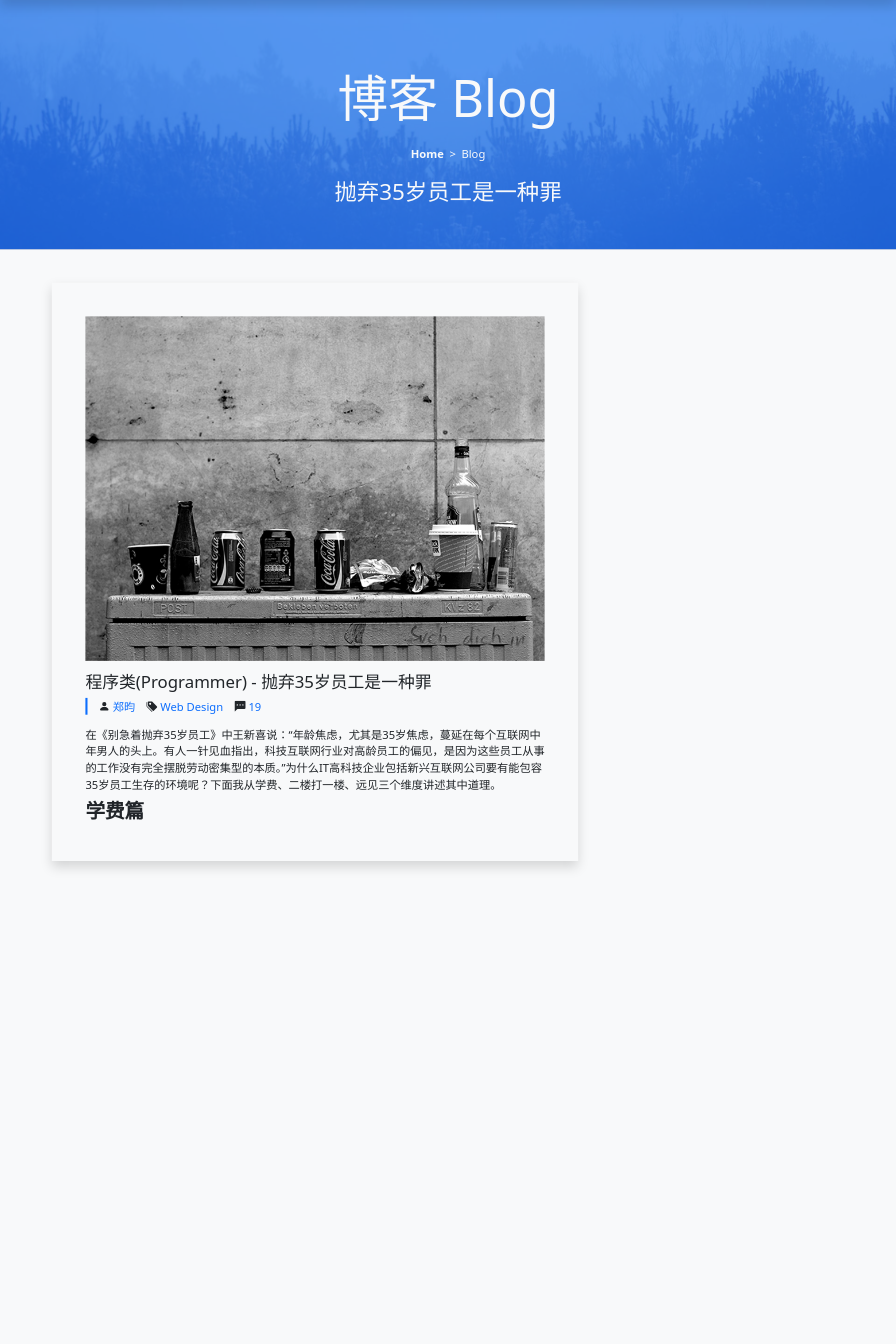
Repository: herjuandlonely/github.io
Page: index-blog.html
These files come from the project's save history. The page is drawn as it stood at one moment and after the next save; the edit follows.
The browser window is 1280 px wide. The pictures show the part of the page from y = 0 to 1920 px (the page is 3000 px tall), at 70% of full size.
Backgrounds fixed to the window are drawn as part of the page.

Above is the page before, as saved 2022-06-30 19:50:43.

### index-blog.html
<!DOCTYPE html>
<html lang="en">
<head>
    <meta charset="UTF-8">
    <meta http-equiv="X-UA-Compatible" content="IE=edge">
    <meta name="viewport" content="width=device-width, initial-scale=1.0">
    <link rel="stylesheet" href="./bootstrap-4.6.1-dist/css/bootstrap.min.css">
    <link rel="stylesheet" href="./CSS/index-blog.css">
    <link rel="stylesheet" href="./CSS/normalize.css">
    <link rel="stylesheet" href="./icon/font_3484823_t6q6q64gri/iconfont.css">
    <script src="./bootstrap-4.6.1-dist/js/bootstrap.bundle.min.js"></script>
    <title>何亚Herju- Blog -抛弃35岁员工是一种罪</title>
</head>
<body style="height: 3000px;" class=" bg-light">
    <!-- nav start -->
    <div class="container-fluid px-0 shadow navbarControl">
        <nav class="navbar navbar-expand-md navbar-dark navbarBg">
            <div class="container-fluid px-4">
                <a href="index.html" class="navbar-brand ms-4">Herju's Home</a>
                <button class="navbar-toggler" data-bs-toggle="collapse" data-bs-target="#foldBtn">
                    <span class="navbar-toggler-icon"></span>
                </button>
                <div class="collapse navbar-collapse" id="foldBtn">
                    <ul class="navbar-nav ms-auto me-4 navbarCli">
                        <li class="nav-item text-center">
                            <a class="nav-link fw-lighter" href="index.html#bk">博客 Blog</a>
                        </li>
                        <li class="nav-item text-center">
                            <a class="nav-link fw-lighter" href="index.html#jn">技能 Skill</a>
                        </li>
                        <li class="nav-item text-center">
                            <a class="nav-link fw-lighter" href="index.html#ab">关于 About</a>
                        </li>
                        <li class="nav-item text-center">
                            <a class="nav-link fw-lighter" href="index.html#lx">联系我 Call</a>
                        </li>
                    </ul>
                </div>
            </div>
        </nav>
    </div>
    <!-- nav end -->

    <!-- baneer start -->
    <div class="banner position-relative">
        <div class=" position-absolute w-100 h-100 bg-primary" style="opacity: .7;"></div>
        <div class=" position-absolute w-100 h-100 py-5" style="z-index: 3;">
            <h1 class=" text-light text-center display-2 mb-0">博客 Blog</h1>
            <nav class=" text-light mbShit mt-5 mt-md-4" >
                <ol class="breadcrumb d-flex justify-content-center">
                    <li class="breadcrumb-item">
                        <a href="index.html" class="text-light text-decoration-none fw-bold">Home</a>
                    </li>
                    <li class="breadcrumb-item">Blog</li>
                </ol>
            </nav>
            <h1 class="text-center text-light mt-5 mt-md-4">抛弃35岁员工是一种罪</h1>
        </div>
    </div>
    <!-- baneer start -->

    <!-- content start -->
    <div class="container">
        <div class="row py-5">
            <div class="col-lg-8 col-12 px-1">
                <div class="shadow bg-light p-5">
                    <img src="./image/piqsels.com-id-fggmp.png" class="img-fluid">
                    <h4 class=" mt-3">
                        程序类(Programmer) - 抛弃35岁员工是一种罪
                    </h4>
                    <ul class='border-start border-3 border-primary list-unstyled d-flex'>
                        <li class=" ms-3">
                            <a href="#" class=" text-decoration-none d-flex align-items-center">
                                <svg xmlns="http://www.w3.org/2000/svg" width="16" height="16" fill="currentColor" class="bi bi-person-fill text-dark me-1" viewBox="0 0 16 16">
                                    <path d="M3 14s-1 0-1-1 1-4 6-4 6 3 6 4-1 1-1 1H3zm5-6a3 3 0 1 0 0-6 3 3 0 0 0 0 6z"/>
                                  </svg>
                                郑昀
                            </a>
                        </li>
                        <li class=" ms-3">
                            <a href="#" class=" text-decoration-none d-flex align-items-center">
                                <svg xmlns="http://www.w3.org/2000/svg" width="16" height="16" fill="currentColor" class="bi bi-tags-fill text-dark me-1" viewBox="0 0 16 16">
                                    <path d="M2 2a1 1 0 0 1 1-1h4.586a1 1 0 0 1 .707.293l7 7a1 1 0 0 1 0 1.414l-4.586 4.586a1 1 0 0 1-1.414 0l-7-7A1 1 0 0 1 2 6.586V2zm3.5 4a1.5 1.5 0 1 0 0-3 1.5 1.5 0 0 0 0 3z"/>
                                    <path d="M1.293 7.793A1 1 0 0 1 1 7.086V2a1 1 0 0 0-1 1v4.586a1 1 0 0 0 .293.707l7 7a1 1 0 0 0 1.414 0l.043-.043-7.457-7.457z"/>
                                  </svg>
                                Web Design
                            </a>
                        </li>
                        <li class=" ms-3">
                            <a href="#" class=" text-decoration-none d-flex align-items-center">
                                <svg xmlns="http://www.w3.org/2000/svg" width="16" height="16" fill="currentColor" class="bi bi-chat-left-dots-fill text-dark me-1" viewBox="0 0 16 16">
                                    <path d="M0 2a2 2 0 0 1 2-2h12a2 2 0 0 1 2 2v8a2 2 0 0 1-2 2H4.414a1 1 0 0 0-.707.293L.854 15.146A.5.5 0 0 1 0 14.793V2zm5 4a1 1 0 1 0-2 0 1 1 0 0 0 2 0zm4 0a1 1 0 1 0-2 0 1 1 0 0 0 2 0zm3 1a1 1 0 1 0 0-2 1 1 0 0 0 0 2z"/>
                                  </svg>
                                19
                            </a>
                        </li>
                    </ul>
                    <p class="mb-2">在《别急着抛弃35岁员工》中王新喜说：“年龄焦虑，尤其是35岁焦虑，蔓延在每个互联网中年男人的头上。有人一针见血指出，科技互联网行业对高龄员工的偏见，是因为这些员工从事的工作没有完全摆脱劳动密集型的本质。”为什么IT高科技企业包括新兴互联网公司要有能包容35岁员工生存的环境呢？下面我从学费、二楼打一楼、远见三个维度讲述其中道理。</p>
                    <h3 class=" fw-bold">学费篇</h3>
                </div>
            </div>
            <div class="col-lg-4"></div>
        </div>
    </div>
    <!-- content end -->

    <script src="./JS/index-blog.js"></script>
</body>
</html>

### CSS/index-blog.css
.navbarControl{
    transition: .3s;
    position: fixed;
    top: 0;
    left: 0;
    z-index: 999;
}
.navbarControl.showAndHide{
    top: -56px;
}
.navbarControl a{
    cursor: pointer;
}
.navbarBg{
    background-color: #161d27;
}
.banner{
    background: url(../image/overlay-bg.jpg) no-repeat center -180px;
    height: 356px;
    background-attachment: fixed;
    background-size: cover;
}
.mbShit{
    --bs-breadcrumb-divider: '>';
}
.mbShit ol .breadcrumb-item::before{
    color: #f8f9fa !important;
}

### icon/font_3484823_t6q6q64gri/iconfont.css
@font-face {
  font-family: "iconfont"; /* Project id 3484823 */
  src: url('iconfont.woff2?t=1656149880118') format('woff2'),
       url('iconfont.woff?t=1656149880118') format('woff'),
       url('iconfont.ttf?t=1656149880118') format('truetype');
}

.iconfont {
  font-family: "iconfont" !important;
  font-size: 16px;
  font-style: normal;
  -webkit-font-smoothing: antialiased;
  -moz-osx-font-smoothing: grayscale;
}

.icon-QQ:before {
  content: "\e882";
}

.icon-weixin:before {
  content: "\e8bb";
}

### JS/index-blog.js
(function(){
    const myBlog = {
        $: (ele) => {
            return document.querySelectorAll(ele);
        },
        "isHide": function () {
            let oldScrollTop = 0;
            let isHide = this.$('.navbarControl')[0];
            const navbarCli = this.$('.navbarCli')[0].children;

            function scrollHide () {
                let scrollTop = window.pageYOffset || this.document.documentElement.scrollTop || this.document.body.scrollTop;
                let scrollSet = scrollTop - oldScrollTop;
                oldScrollTop = scrollTop;
                if (scrollSet < 0) {
                    isHide.classList.remove('showAndHide');
                } else {
                    isHide.classList.add('showAndHide');
                    foldBtn.classList.remove('show');
                }
            }

            window.addEventListener("scroll", scrollHide);

            for (let i = 0; i < navbarCli.length; i++) {
                navbarCli[i].onclick = function () {
                    window.removeEventListener("scroll", scrollHide);
                    isHide.classList.add('showAndHide');
                    foldBtn.classList.remove('show');
                    setTimeout(() => {
                        window.addEventListener("scroll", scrollHide);
                    }, 800)
                };
                navbarCli[i].ontouchend = function () {
                    window.removeEventListener("scroll", scrollHide);
                    isHide.classList.add('showAndHide');
                    foldBtn.classList.remove('show');
                    setTimeout(() => {
                        window.addEventListener("scroll", scrollHide);
                    }, 800)
                };
            };

        }
    }

    myBlog.isHide();
})()

Loaded but not shown: bootstrap-4.6.1-dist/css/bootstrap.min.css (library); CSS/normalize.css (library); bootstrap-4.6.1-dist/js/bootstrap.bundle.min.js (library)

After the next save:
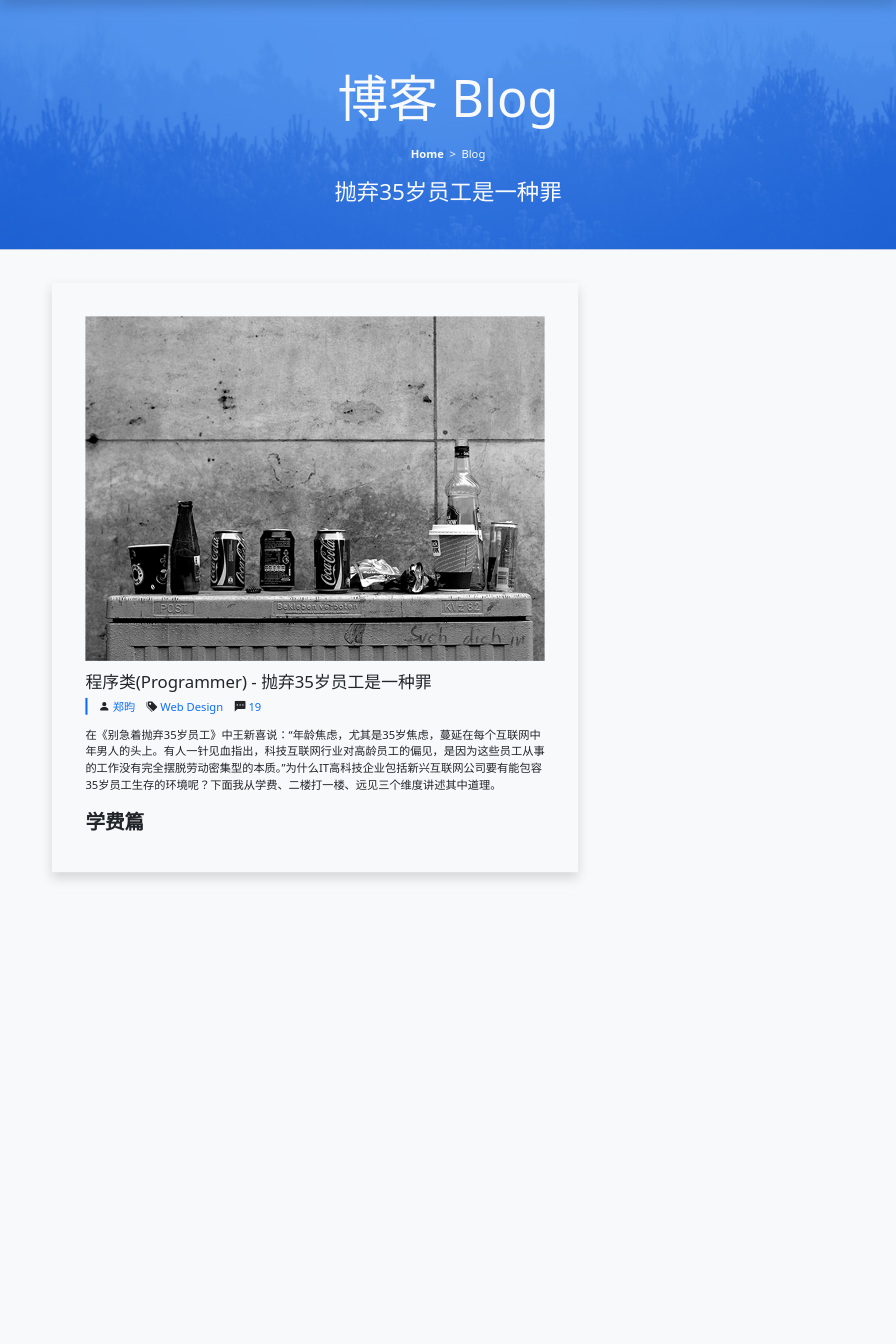
Saved 7 s later.
--- a/index-blog.html
+++ b/index-blog.html
@@ -96,7 +96,7 @@
                         </li>
                     </ul>
                     <p class="mb-2">在《别急着抛弃35岁员工》中王新喜说：“年龄焦虑，尤其是35岁焦虑，蔓延在每个互联网中年男人的头上。有人一针见血指出，科技互联网行业对高龄员工的偏见，是因为这些员工从事的工作没有完全摆脱劳动密集型的本质。”为什么IT高科技企业包括新兴互联网公司要有能包容35岁员工生存的环境呢？下面我从学费、二楼打一楼、远见三个维度讲述其中道理。</p>
-                    <h3 class=" fw-bold">学费篇</h3>
+                    <h3 class=" fw-bold mt-4">学费篇</h3>
                 </div>
             </div>
             <div class="col-lg-4"></div>
